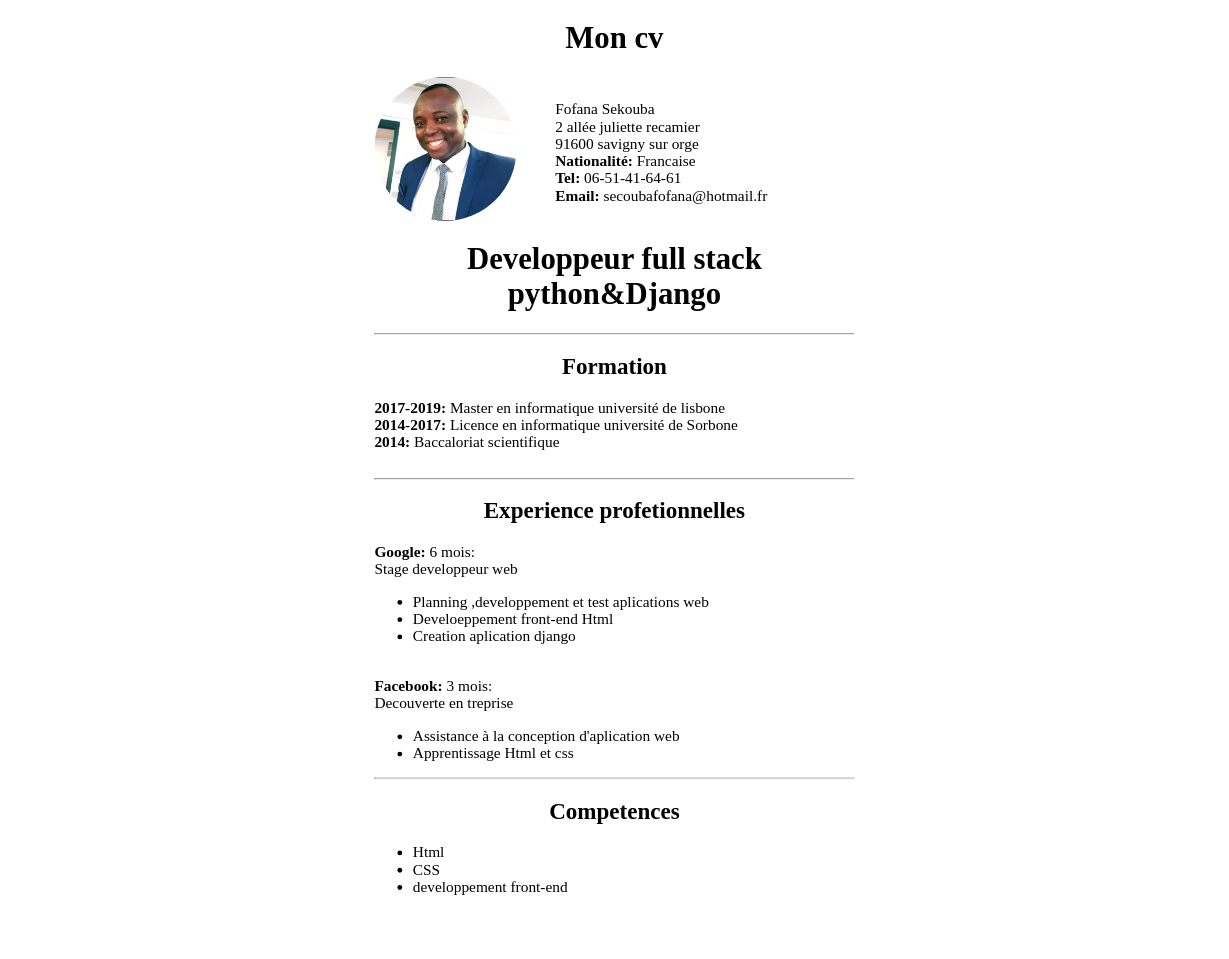
Repository: lamdakara/cv-html
Page: index.html
These files come from the project's save history. The page is drawn as it stood at one moment and after the next save; the edit follows.
The browser window is 1280 px wide. The pictures show the whole page, at 96% of full size.
Some web libraries are served in a nearby version.

Above is the page before, as saved 2023-08-26 14:28:05.

### index.html
<!DOCTYPE html>
<html lang="fr">
<head>
    <meta charset="UTF-8">
    <meta name="viewport" content="width=device-width, initial-scale=1.0">
    <title>Cv-html-Sekouba</title>
    <link rel="stylesheet" href="/css/style.css">
    <script src="https://kit.fontawesome.com/30d425bcaa.js" crossorigin="anonymous"></script>
</head>
<body>
    <h1>Mon cv</h1>
    <div class="contenu">
    <div class="details">
        <img src="profil.jpg/1661794008238.jpg" alt="image de profil">
    <ul class="liste-details">
        <li>Fofana Sekouba</li>
        <li>2 allée juliette recamier <br>91600 savigny sur orge </li>
        <li><strong>Nationalité:</strong> Francaise</li>
        <li><strong>Tel:</strong> 06-51-41-64-61</li>
        <li><strong>Email:</strong> secoubafofana@hotmail.fr</li>
    </ul>
</div>
    <!-- titre h1 -->
    <h1>Developpeur full stack  <br> python&Django</h1>

    <hr>
    <div class="cv-section">
    <h2>Formation</h2>
    <strong>2017-2019:</strong>
    <span>Master en informatique université de lisbone</span>

    <br>

    <strong>2014-2017:</strong>
    <span>Licence en informatique université de Sorbone</span>

    <br>

    <strong>2014:</strong>
    <span>Baccaloriat scientifique</span>

    </div>
    <div class="cv-section">
    <hr>
    <div>
    <h2>Experience profetionnelles</h2>
    <strong>Google:</strong>
    <span>6 mois:</span>
    <p>Stage developpeur web</p>
    <ul>
        <li>Planning ,developpement et test aplications web</li>
        <li>Develoeppement front-end Html</li>
        <li>Creation aplication django</li>
    </ul>
    <br>

    </div>

    <strong>Facebook:</strong>
    <span>3 mois:</span>
    <p>Decouverte en treprise</p>
    <ul>
        <li>Assistance à la conception d'aplication web</li>
        <li>Apprentissage Html et css </li>

    </ul>


 <div class="cv-section">


    <hr>

    <h2>Competences</h2>

    <ul>
        <li>Html</li>
        <li>CSS</li>
        <li>developpement front-end</li>
    </ul>
</div>
</div>
</body>
</html>

### css/style.css
.contenu {
    width: 500px;
    margin: 10px auto;
    /*background-color: lightskyblue;*/
}

.details {
   /* background-color:lightpink;*/
    height: 150px;
}
.details img {
    float: left;

    height: 150px;
    border-radius: 50%;
}
.liste-details {
    /*background-color: lightsalmon;*/
    float: left;
    list-style: none;
    margin-top: 25px;
}
.cv-section {
   /* background-color: lightsteelblue;*/
    padding-bottom: 20px;


}

h1,h2 {
text-align: center;
}
p{
    margin: 0px;
}

After the next save:
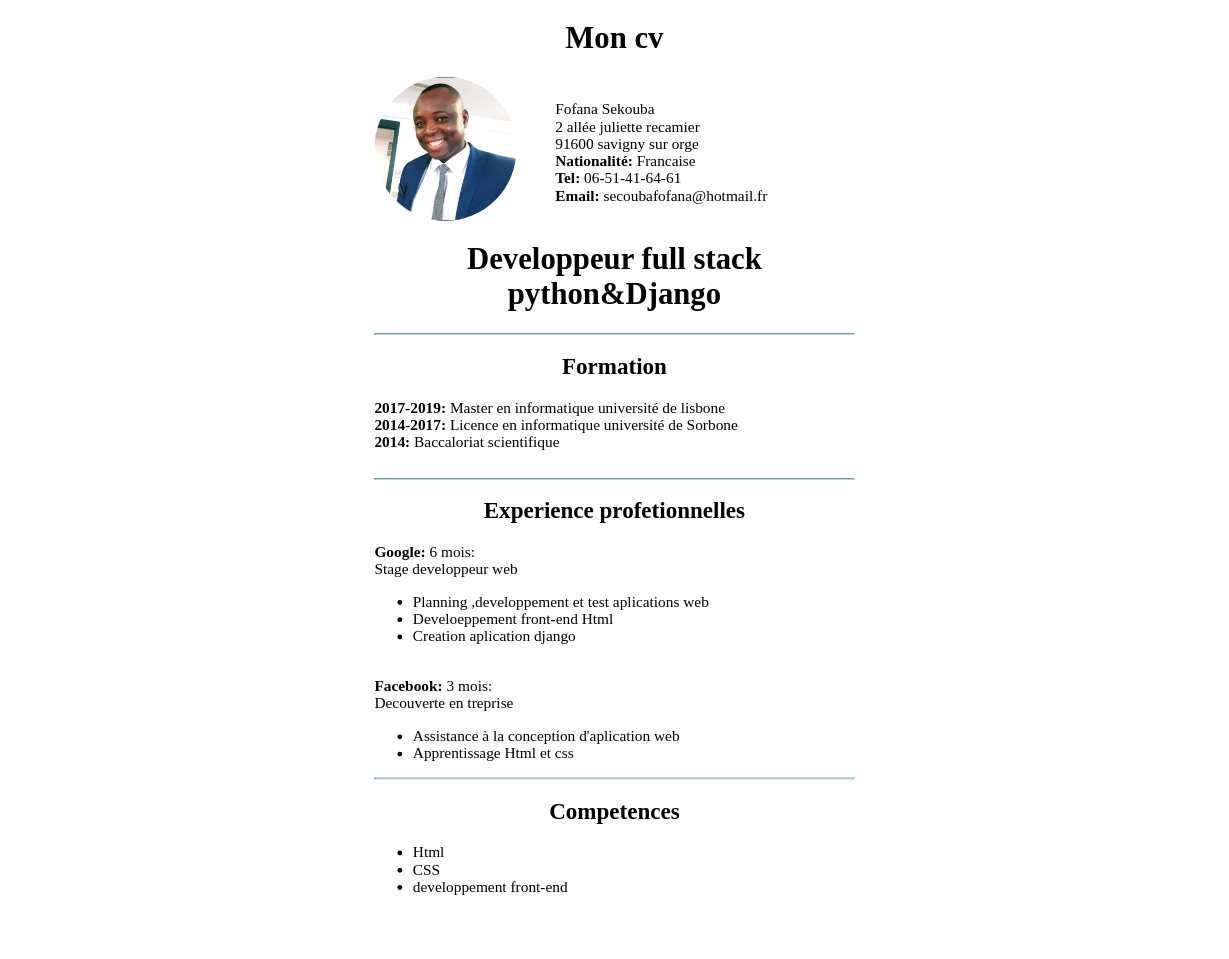
Saved 2 min 33 s later.
--- a/css/style.css
+++ b/css/style.css
@@ -33,3 +33,7 @@ text-align: center;
 p{
     margin: 0px;
 }
+
+hr{
+border-color: lightblue;
+}
